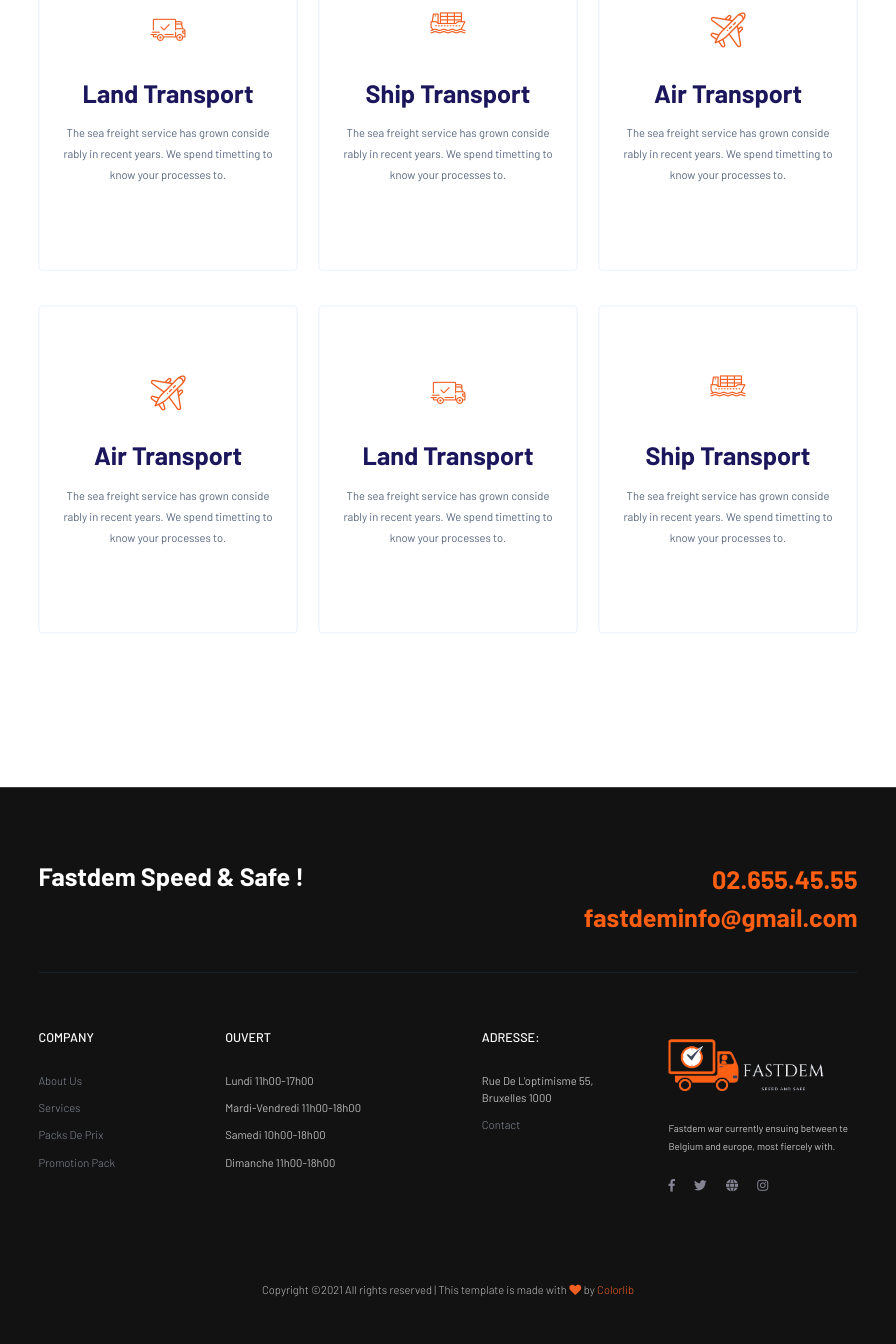
Repository: adamprefo/fastdemTFE
Page: http://localhost/services
These files come from the project's save history. The page is drawn as it stood at one moment and after the next save; the edit follows.
The browser window is 1280 px wide. The pictures show the part of the page from y = 1072 to 2992 px (the page is 2992 px tall before and 2949 px after), at 70% of full size.
Some web fonts or font styles are not loaded; a fallback is used. The page is served by the project's Laravel application, run on PHP 8.4 with Laravel 8.

Above is the page before, as saved 2021-10-05 13:50:27.

After the next save:
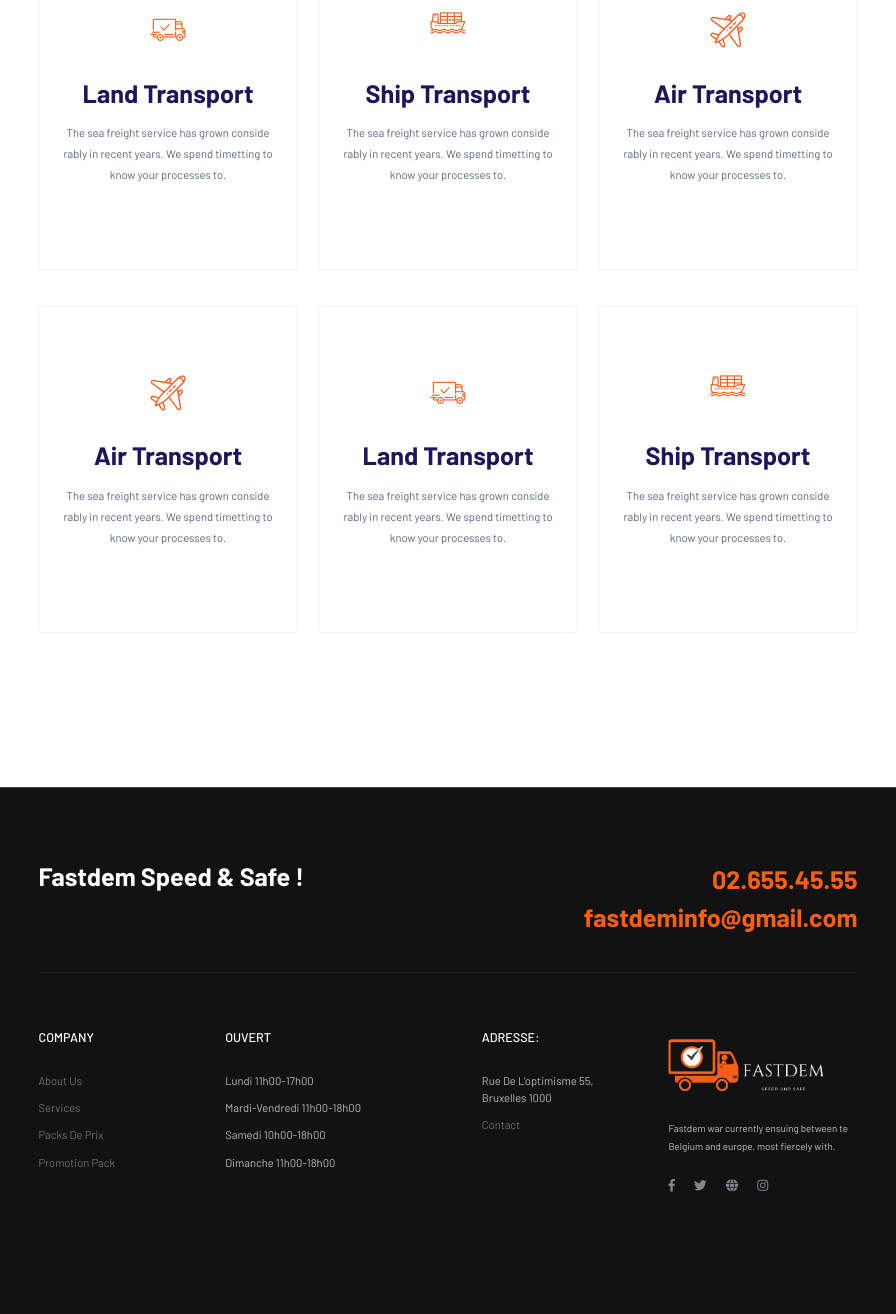
Saved 5 s later.
--- a/resources/views/services.blade.php
+++ b/resources/views/services.blade.php
@@ -300,9 +300,7 @@
                     <div class="row d-flex align-items-center">
                         <div class="col-lg-12">
                             <div class="footer-copy-right text-center">
-                                <p><!-- Link back to Colorlib can't be removed. Template is licensed under CC BY 3.0. -->
-  Copyright &copy;<script>document.write(new Date().getFullYear());</script> All rights reserved | This template is made with <i class="fa fa-heart" aria-hidden="true"></i> by <a href="https://colorlib.com" target="_blank">Colorlib</a>
-  <!-- Link back to Colorlib can't be removed. Template is licensed under CC BY 3.0. --></p>
+
                             </div>
                         </div>
                     </div>
